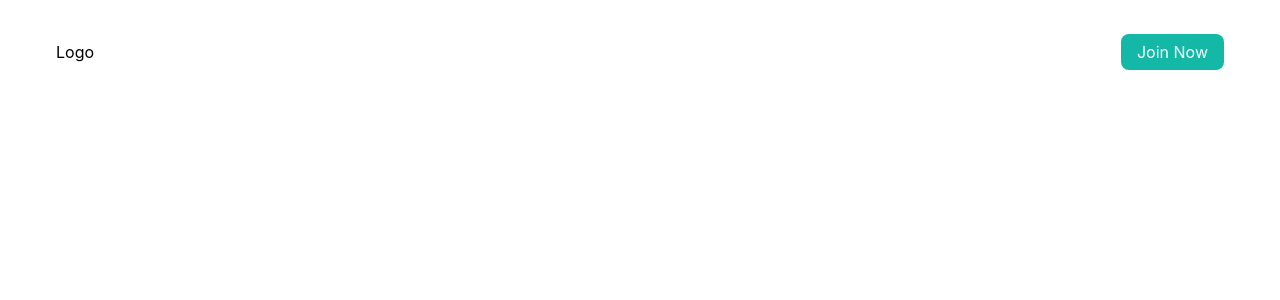
Repository: arafatmollah/auth-app
Page: /
These files come from the project's save history. The page is drawn as it stood at one moment and after the next save; the edit follows.
The browser window is 1280 px wide. The pictures show the whole page.
The project was rebuilt for these pictures with package versions that can differ from the ones it lists, and the page was loaded fresh each time. The framework's server and built-in components were replaced by stand-ins that run in the browser. Also part of the build but not shown: next.config.js.

Above is the page before, as saved 2022-10-03 16:19:58.

After the next save:
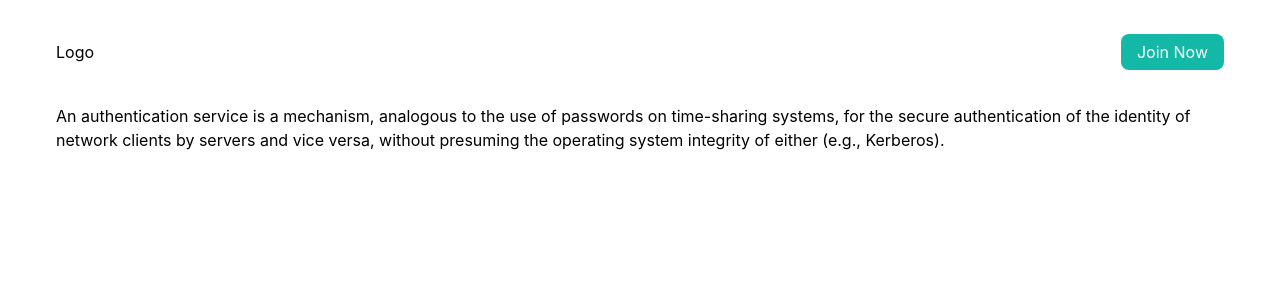
Saved 27 s later.
--- a/pages/index.js
+++ b/pages/index.js
@@ -12,6 +12,7 @@ export default function Home() {
       <main>
        <h2 className=''>
 
+An authentication service is a mechanism, analogous to the use of passwords on time-sharing systems, for the secure authentication of the identity of network clients by servers and vice versa, without presuming the operating system integrity of either (e.g., Kerberos).
        </h2>
       </main>
 
